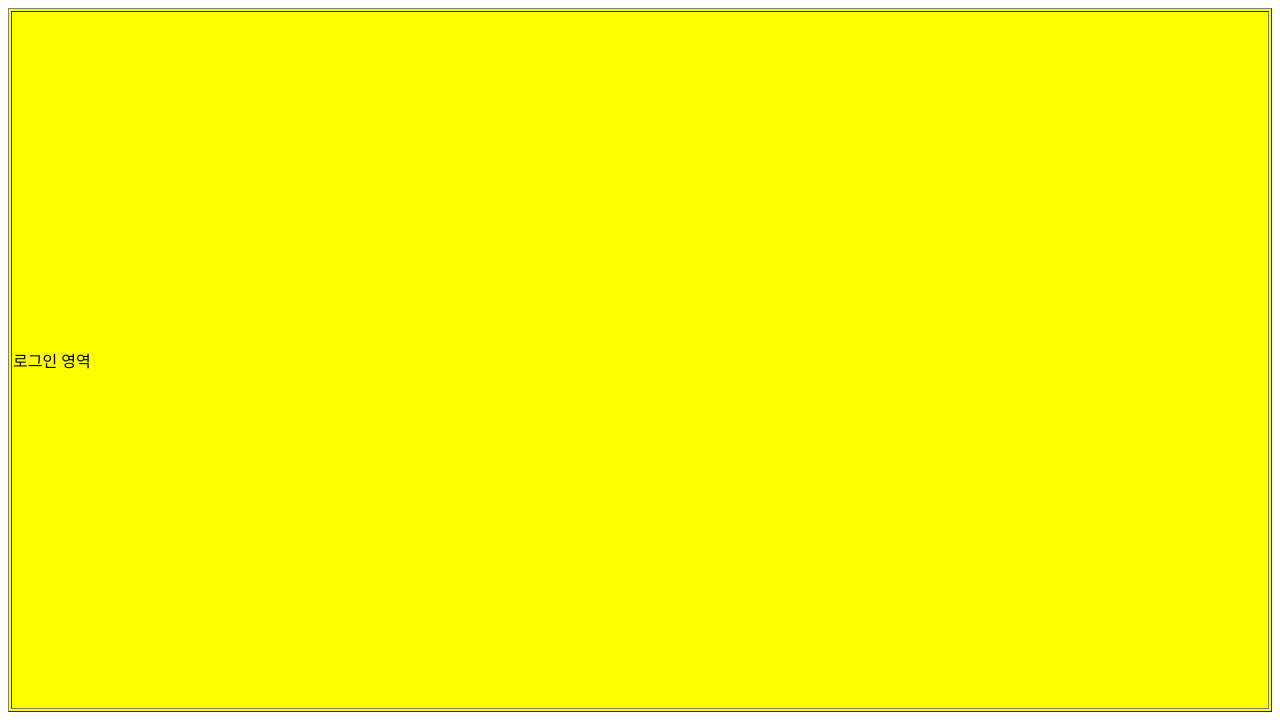
Repository: Kojonghoon/Workspace_java
Page: http://localhost/20221228/ajax/news/login.jsp
An editor plug-in stored every save of this project. The page is shown before and after the next save, followed by the edit.
The browser window is 1280 px wide. The pictures show the whole page.
The page is served by Tomcat 9.

Above is the page before, as saved 2023-02-10 02:57:10.

After the next save:
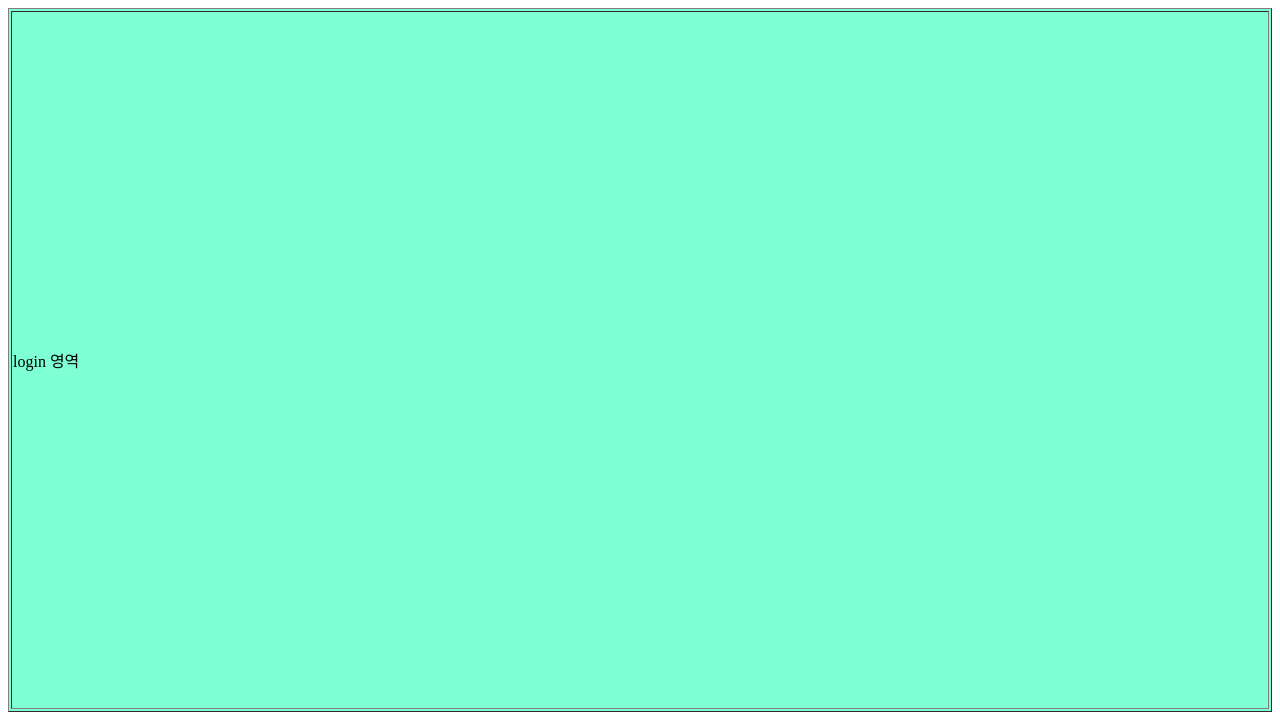
Saved 5 s later.
--- a/20221228/src/main/webapp/ajax/news/login.jsp
+++ b/20221228/src/main/webapp/ajax/news/login.jsp
@@ -1,7 +1,7 @@
 <%@ page language="java" contentType="text/html; charset=UTF-8"
     pageEncoding="UTF-8"%>
-<table border="1" width="100%" height="100%"style="background-color: yellow">
-	<tr>
-		<td>로그인 영역</td>
-	</tr>
+<table border="1" width="100%" height="100%" style = "background-color:aquamarine">
+  <tr>
+    <td>login 영역</td>
+  </tr>
 </table>
